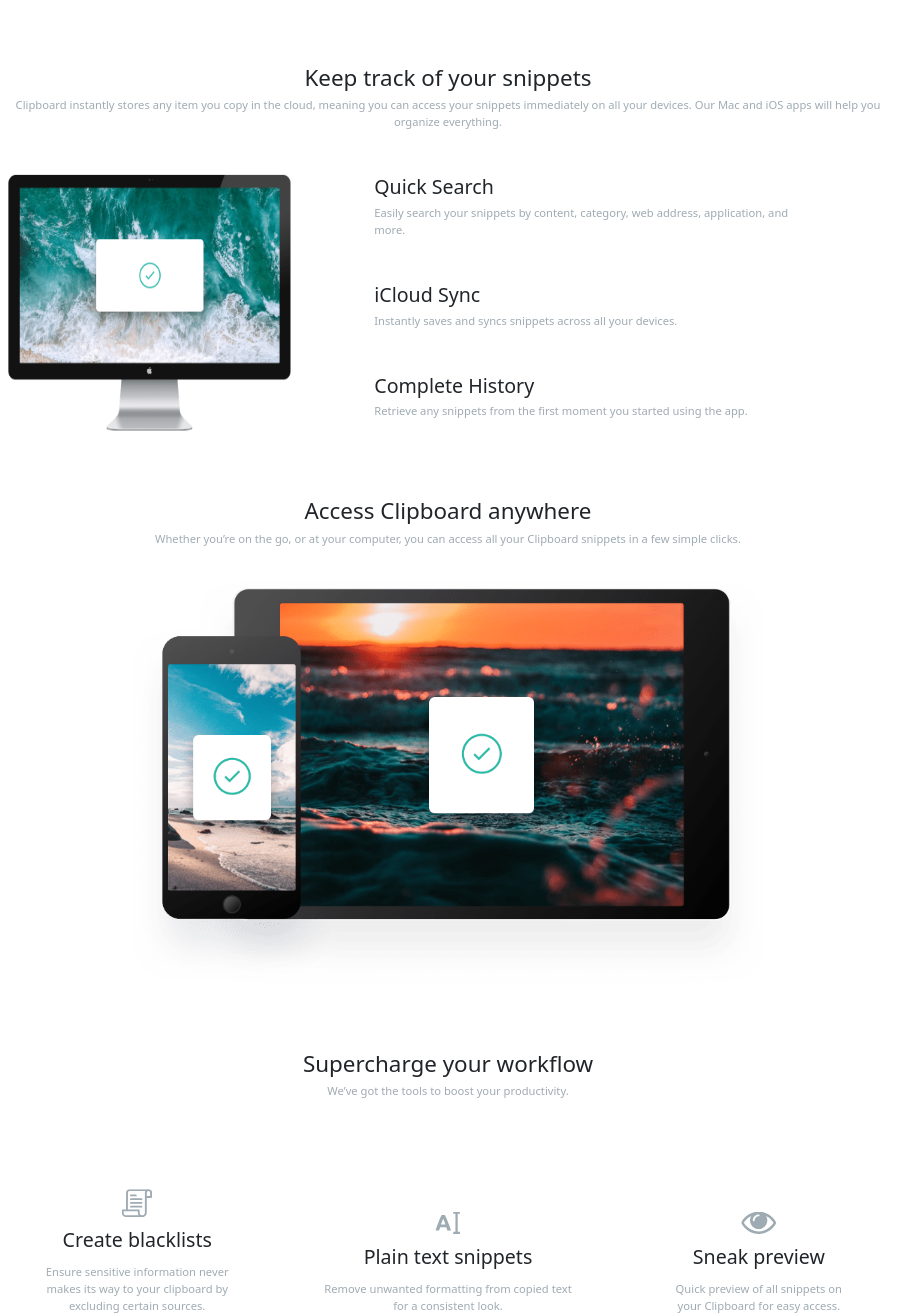
Repository: blordeus/clipboard-landing-page-master
Page: index.html
The author's editor kept a copy of each file at every save. The page is drawn from the files as they stood at one save, then again after the next save.
The browser window is 1280 px wide. The page is 1292 px wide, so the pictures cover 1292 px, including what lies to the right of the window. The pictures show the part of the page from y = 417 to 2297 px (the page is 3108 px tall before and 3140 px after), at 70% of full size.
Some web fonts or font styles are not loaded; a fallback is used. The style sheet was rebuilt from its Sass, Less or Tailwind sources for each picture, by a compiler version that may differ from the author's.

Above is the page before, as saved 2023-09-04 20:01:24.

After the next save:
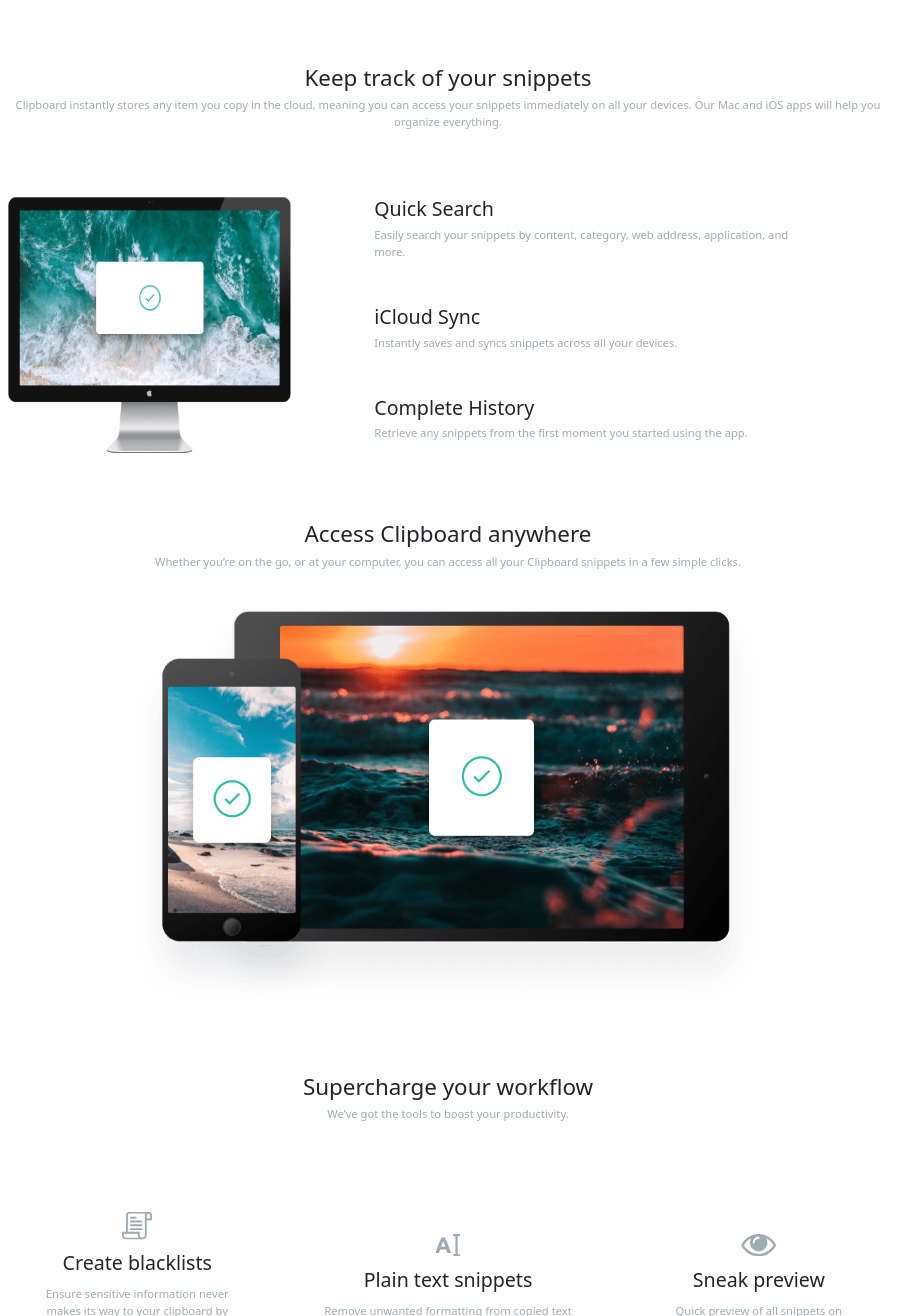
Saved 5 s later.
--- a/index.html
+++ b/index.html
@@ -36,7 +36,7 @@
 
       <h2 class="pt-5 pt-md-2">Keep track of your snippets</h2>
 
-      <p class="pb-5 ">
+      <p class="pb-5 mb-md-5">
         Clipboard instantly stores any item you copy in the cloud,
         meaning you can access your snippets immediately on all your
         devices. Our Mac and iOS apps will help you organize everything.
